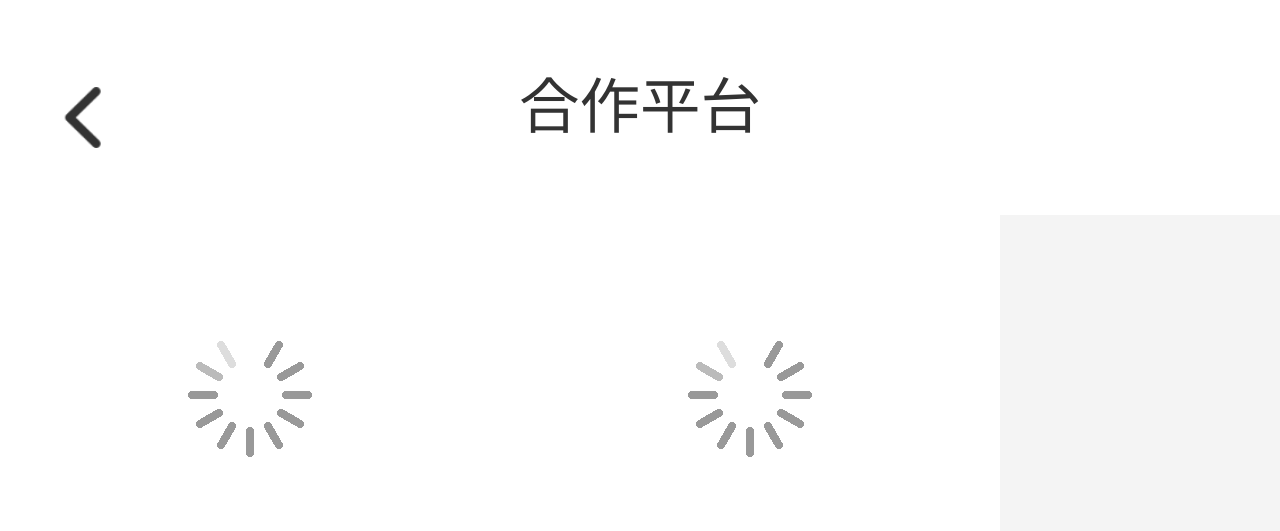
Repository: GgoodBoy/js-object
Page: jquery懒加载/platObj/platForm.html
The author's editor kept a copy of each file at every save. The page is drawn from the files as they stood at one save, then again after the next save.
The browser window is 1280 px wide. The pictures show the whole page.
An inner scrolling area shows only its first screen. Some web libraries are served in a nearby version.

Above is the page before, as saved 2019-10-15 15:45:40.

After the next save:
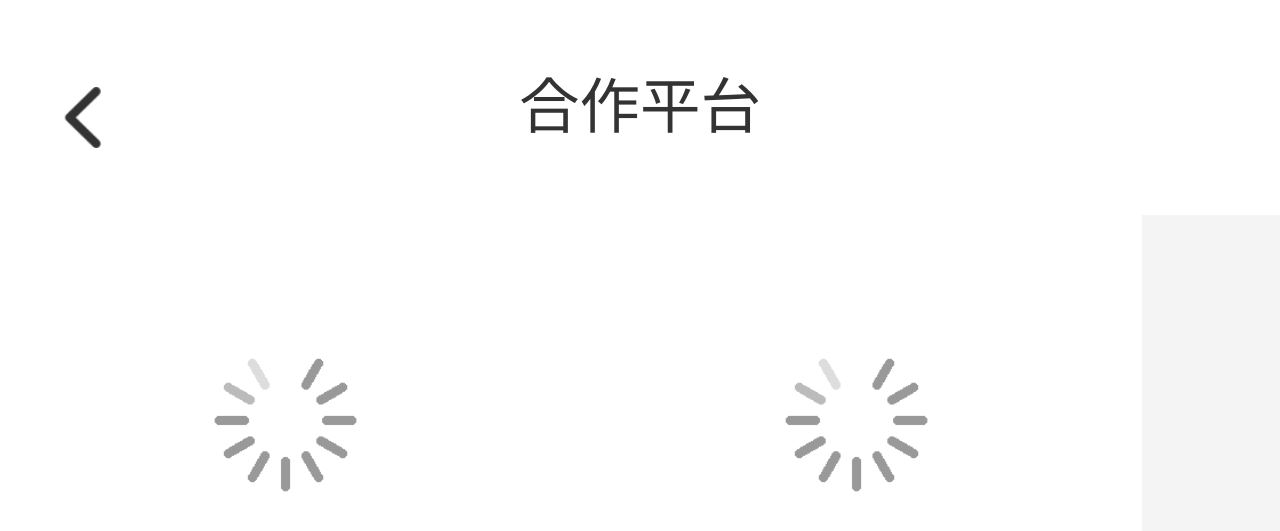
Saved 46 s later.
--- a/jquery懒加载/platObj/platForm.html
+++ b/jquery懒加载/platObj/platForm.html
@@ -106,6 +106,7 @@
 #platFormId .platList ul li{
     float: left;
     list-style: none;
+    width: 3.4rem;
 }
 #platFormId .platList ul li img{
     width: 100%;
